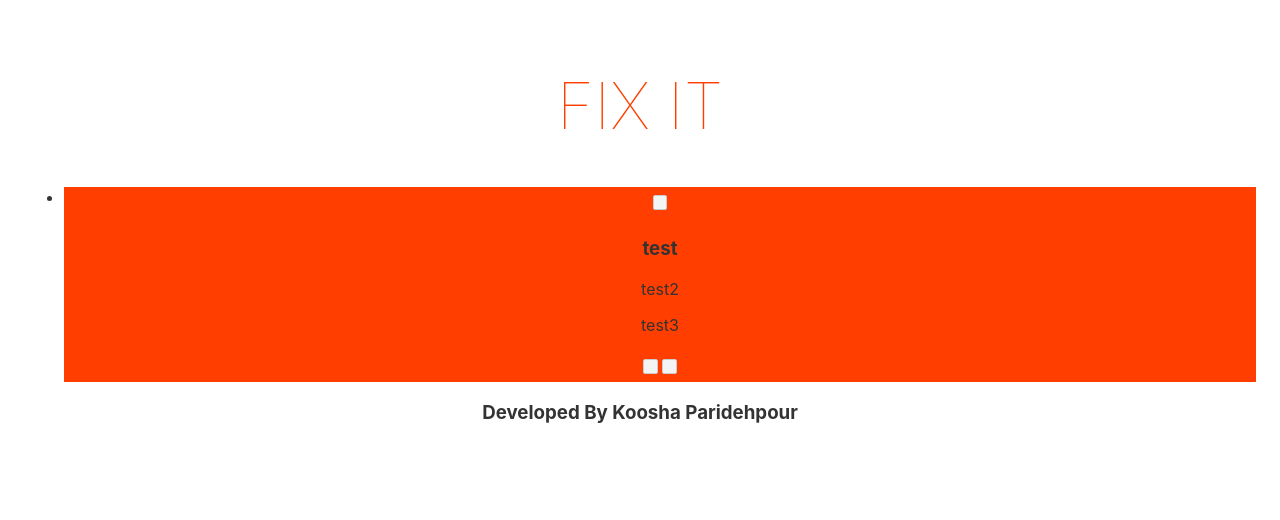
Repository: KooshaPari/fixit-go
Page: / (app in frontend/)
These files come from the project's save history. The page is drawn as it stood at one moment and after a run of saves; the edit follows.
The browser window is 1280 px wide. The pictures show the whole page.
The project was rebuilt for these pictures with package versions that can differ from the ones it lists, and the page was loaded fresh each time.

Above is the page before, as saved 2024-09-23 20:35:47.

After the next 3 saves:
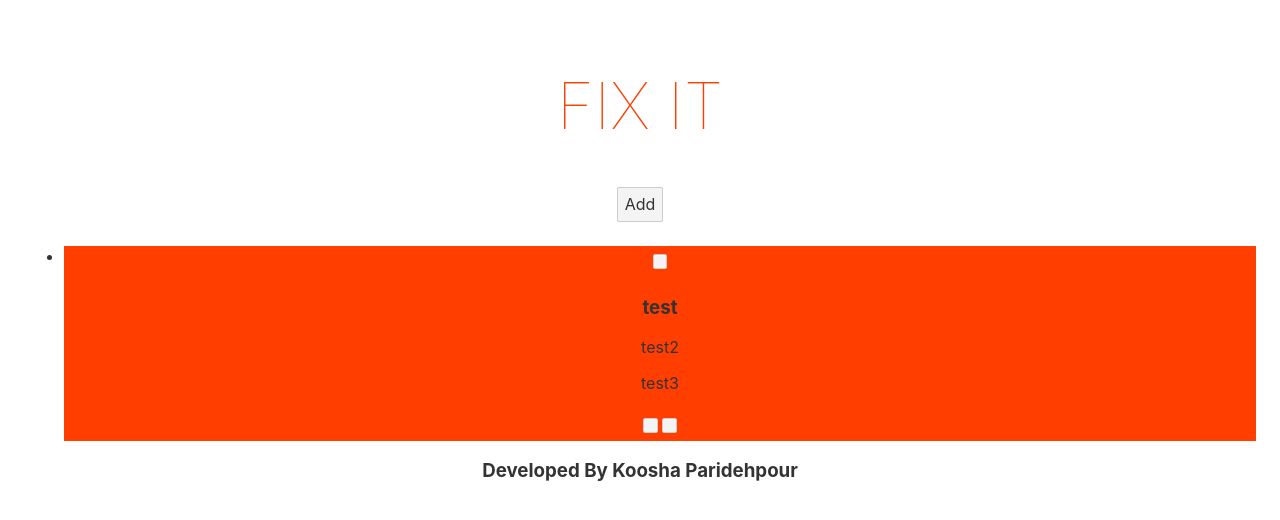
The 3 saves are shown as one change because 1 did not build or start and some came seconds apart.
The last was saved 26 s later.
--- a/frontend/src/App.svelte
+++ b/frontend/src/App.svelte
@@ -44,6 +44,7 @@
         <div id="content">
             <div id="fixItApp">
                 <div id="todoList">
+					<button class="addBtn">Add</button>
                     <ul id="todos">
                         <!--SCRIPT TO GEN TODO ITEMS-->
 						{#each todos as todo}
